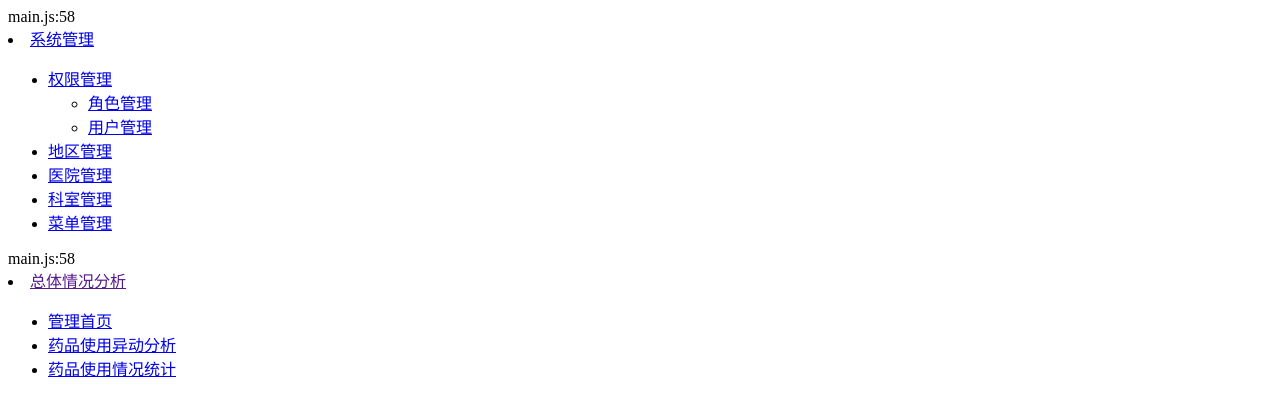
Repository: gongcrystal/medeasy
Page: WSMedEasy20171103/medeasy/medeasy-web/src/main/webapp/WEB-INF/templates/linshi.html
These files come from the project's save history. The page is drawn as it stood at one moment and after the next save; the edit follows.
The browser window is 1280 px wide. The pictures show the whole page.

Above is the page before, as saved 2017-11-17 09:23:28.

### WSMedEasy20171103/medeasy/medeasy-web/src/main/webapp/WEB-INF/templates/linshi.html
<!DOCTYPE html>
<html>
<head>
<meta charset="UTF-8">
<title>Insert title here</title>
</head>
<body>
	main.js:58
	<li class="">
		<a href="# " class="dropdown-toggle">
			<i class="menu-icon fa  fa-desktop blue"></i><span class="menu-text">系统管理</span><b class="arrow fa fa-angle-down"></b>
		</a>
		<b class="arrow"></b>
		<ul class="submenu">
			<li class="">
				<a href="a" class="dropdown-toggle">
					<i class="menu-icon fa  fa-lock black"></i><span class="menu-text">权限管理</span><b class="arrow fa fa-angle-down"></b>
				</a>
				<b class="arrow"></b>
				<ul class="submenu">
					<li class="">
						<a href="# ">
							<i class="menu-icon fa  fa-key orange"></i><span class="menu-text">角色管理</span>
						</a>
						<b class="arrow"></b>
					</li>
					<li class="">
						<a href="# ">
							<i class="menu-icon fa  fa-users green"></i><span class="menu-text">用户管理</span>
						</a>
						<b class="arrow"></b>
					</li>
			</li>
		</ul>
	</li>
	<li class="">
		<a href="# ">
			<i class="menu-icon fa  fa-caret-right blue"></i><span class="menu-text">地区管理</span>
		</a>
		<b class="arrow"></b>
	</li>
	<li class="">
		<a href="# ">
			<i class="menu-icon fa  fa-caret-right blue"></i><span class="menu-text">医院管理</span>
		</a>
		<b class="arrow"></b>
	</li>
	<li class="">
		<a href="# ">
			<i class="menu-icon fa  fa-caret-right blue"></i><span class="menu-text">科室管理</span>
		</a>
		<b class="arrow"></b>
	</li>
	<li class="">
		<a href="# ">
			<i class="menu-icon fa  fa-caret-right blue"></i><span class="menu-text">菜单管理</span>
		</a>
		<b class="arrow"></b>
	</li>
	</ul>
	</li>
	main.js:58
	<li class="">
		<a href="" class="dropdown-toggle">
			<i class="menu-icon fa  fa-credit-card green"></i><span class="menu-text">总体情况分析</span><b class="arrow fa fa-angle-down"></b>
		</a>
		<b class="arrow"></b>
		<ul class="submenu">
			<li class="">
				<a href="b">
					<i class="menu-icon fa  fa-caret-right blue"></i><span class="menu-text">管理首页</span>
				</a>
				<b class="arrow"></b>
			</li>
			<li class="">
				<a href="# ">
					<i class="menu-icon fa  fa-caret-right blue"></i><span class="menu-text">药品使用异动分析</span>
				</a>
				<b class="arrow"></b>
			</li>
			<li class="">
				<a href="# ">
					<i class="menu-icon fa  fa-caret-right blue"></i><span class="menu-text">药品使用情况统计</span>
				</a>
				<b class="arrow"></b>
			</li>
		</ul>
	</li>
</body>
</html>

After the next save:
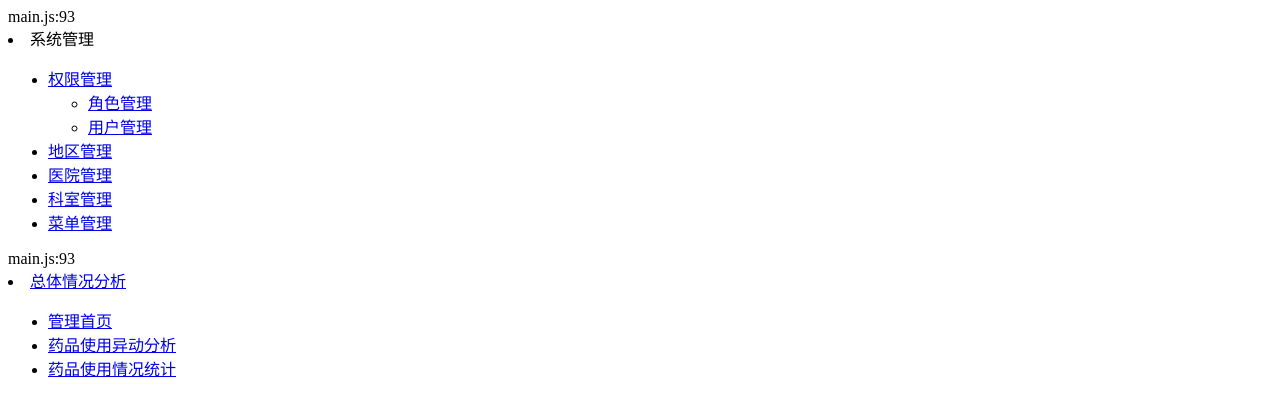
Saved 2 days later.
--- a/WSMedEasy20171103/medeasy/medeasy-web/src/main/webapp/WEB-INF/templates/linshi.html
+++ b/WSMedEasy20171103/medeasy/medeasy-web/src/main/webapp/WEB-INF/templates/linshi.html
@@ -5,26 +5,25 @@
 <title>Insert title here</title>
 </head>
 <body>
-	main.js:58
-	<li class="">
-		<a href="# " class="dropdown-toggle">
-			<i class="menu-icon fa  fa-desktop blue"></i><span class="menu-text">系统管理</span><b class="arrow fa fa-angle-down"></b>
+	main.js:93
+	<li class=" id=menuSysMng > <a href=" # "  class="dropdown-toggle">
+		<i class="menu-icon fa  fa-desktop blue"></i><span class="menu-text">系统管理</span><b class="arrow fa fa-angle-down"></b>
 		</a>
 		<b class="arrow"></b>
 		<ul class="submenu">
-			<li class="">
-				<a href="a" class="dropdown-toggle">
+			<li class="" id=menuAuthMng>
+				<a href="# " class="dropdown-toggle">
 					<i class="menu-icon fa  fa-lock black"></i><span class="menu-text">权限管理</span><b class="arrow fa fa-angle-down"></b>
 				</a>
 				<b class="arrow"></b>
 				<ul class="submenu">
-					<li class="">
+					<li class="menu_click" id=menuRoleMng>
 						<a href="# ">
 							<i class="menu-icon fa  fa-key orange"></i><span class="menu-text">角色管理</span>
 						</a>
 						<b class="arrow"></b>
 					</li>
-					<li class="">
+					<li class="" id=menuUserMng>
 						<a href="# ">
 							<i class="menu-icon fa  fa-users green"></i><span class="menu-text">用户管理</span>
 						</a>
@@ -33,25 +32,25 @@
 			</li>
 		</ul>
 	</li>
-	<li class="">
+	<li class="" id=menuDistMng>
 		<a href="# ">
 			<i class="menu-icon fa  fa-caret-right blue"></i><span class="menu-text">地区管理</span>
 		</a>
 		<b class="arrow"></b>
 	</li>
-	<li class="">
+	<li class="" id=menuHospitalMng>
 		<a href="# ">
 			<i class="menu-icon fa  fa-caret-right blue"></i><span class="menu-text">医院管理</span>
 		</a>
 		<b class="arrow"></b>
 	</li>
-	<li class="">
+	<li class="" id=menuDeptMng>
 		<a href="# ">
 			<i class="menu-icon fa  fa-caret-right blue"></i><span class="menu-text">科室管理</span>
 		</a>
 		<b class="arrow"></b>
 	</li>
-	<li class="">
+	<li class="" id=menuMenuMng>
 		<a href="# ">
 			<i class="menu-icon fa  fa-caret-right blue"></i><span class="menu-text">菜单管理</span>
 		</a>
@@ -59,26 +58,26 @@
 	</li>
 	</ul>
 	</li>
-	main.js:58
-	<li class="">
-		<a href="" class="dropdown-toggle">
+	main.js:93
+	<li class="menu_click" id=menuOverview>
+		<a href="# " class="dropdown-toggle">
 			<i class="menu-icon fa  fa-credit-card green"></i><span class="menu-text">总体情况分析</span><b class="arrow fa fa-angle-down"></b>
 		</a>
 		<b class="arrow"></b>
 		<ul class="submenu">
-			<li class="">
-				<a href="b">
+			<li class="menu_click" id=menuHomePage>
+				<a href="# ">
 					<i class="menu-icon fa  fa-caret-right blue"></i><span class="menu-text">管理首页</span>
 				</a>
 				<b class="arrow"></b>
 			</li>
-			<li class="">
+			<li class="" id=menuDrugApplyAbnormal>
 				<a href="# ">
 					<i class="menu-icon fa  fa-caret-right blue"></i><span class="menu-text">药品使用异动分析</span>
 				</a>
 				<b class="arrow"></b>
 			</li>
-			<li class="">
+			<li class="" id=menuDrugApplySt>
 				<a href="# ">
 					<i class="menu-icon fa  fa-caret-right blue"></i><span class="menu-text">药品使用情况统计</span>
 				</a>
